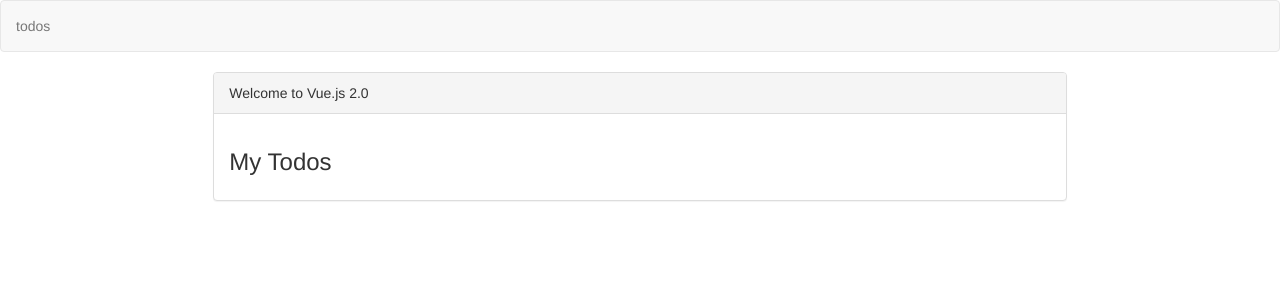
Repository: myr1111/todo
Page: Todoapp/index.html
These files come from the project's save history. The page is drawn as it stood at one moment and after the next save; the edit follows.
The browser window is 1280 px wide. The pictures show the whole page.

Above is the page before, as saved 2019-04-01 08:09:48.

After the next save:
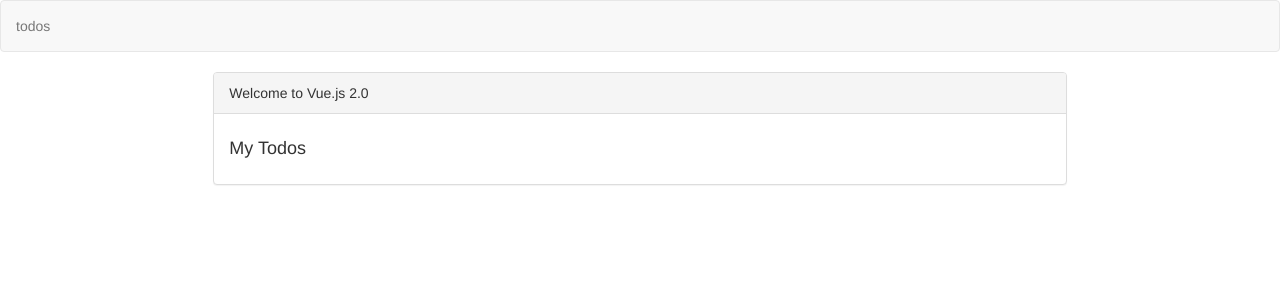
Saved 4 s later.
--- a/Todoapp/index.html
+++ b/Todoapp/index.html
@@ -17,7 +17,7 @@
             <div class="panel panel-default">
                 <div class=" panel-heading">Welcome to Vue.js 2.0</div>
                 <div class="panel-body">
-                    <h3>My Todos</h3>
+                    <h4>My Todos</h4>
                 </div>
             </div>
         </div>
